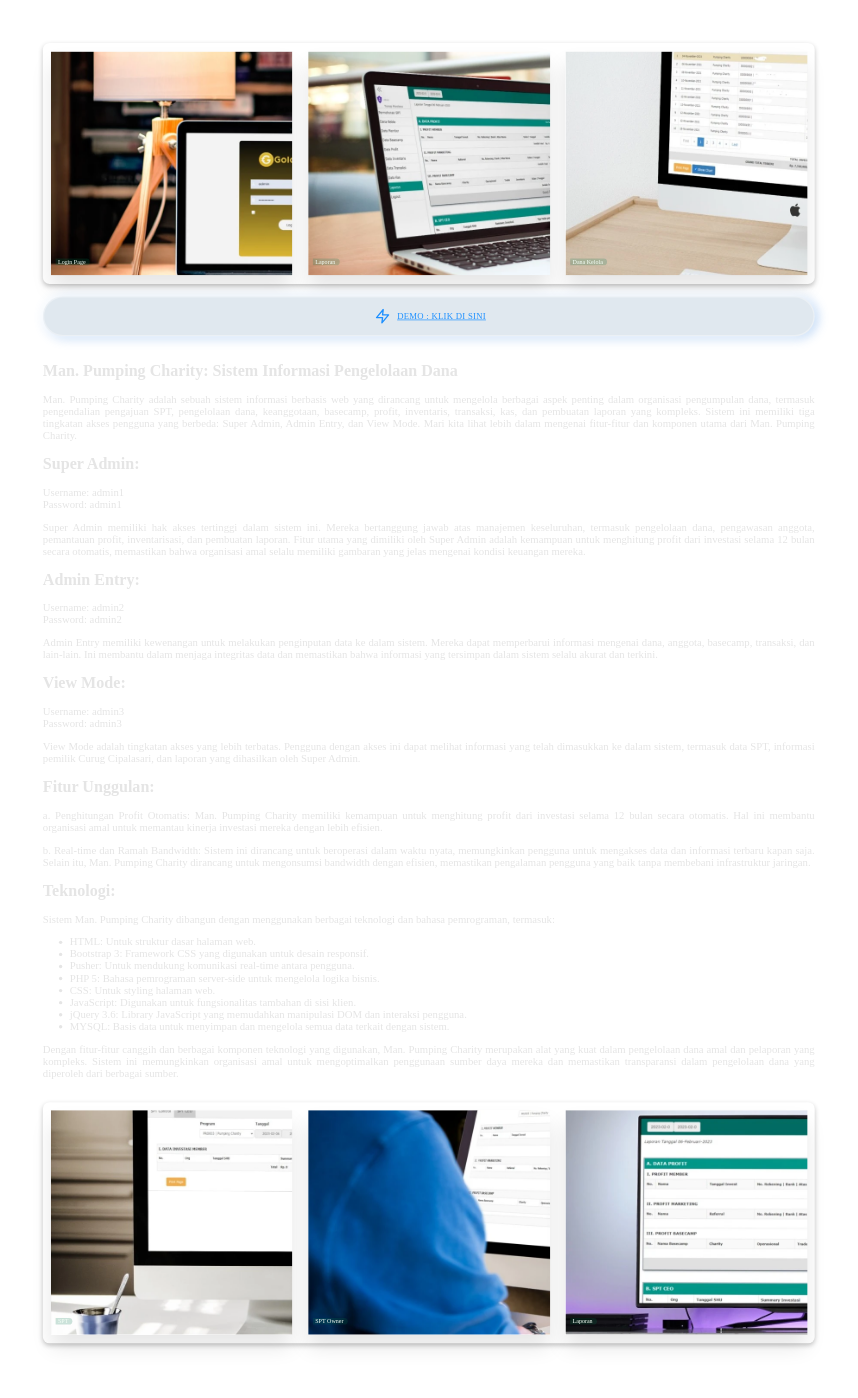
Repository: yusup-maulana/yusup-maulana.github.io
Page: portofolio-manpumping.html
These files come from the project's save history. The page is drawn as it stood at one moment and after a run of saves; the edit follows.
The browser window is 1280 px wide. The pictures show the whole page, at 67% of full size.
Some web fonts or font styles are not loaded; a fallback is used.

Above is the page before, as saved 2023-10-06 21:53:21.

### portofolio-manpumping.html
<style type="text/css">
  @import url("https://fonts.googleapis.com/css?family=Baloo+Chettan+2&display=swap");

  .body2::-webkit-scrollbar {
    width: 0.5em;
  }

  .body2::-webkit-scrollbar-track {
    box-shadow: inset 0 0 6px rgb(167 167 167 / 41%);
    background-color: #061e29;
  }

  .body2::-webkit-scrollbar-thumb {
    background-color: #00f1ffab;
  }

  .body2 {
    font-family: "Baloo Chettan 2";
    color: #e5e5e5;
    margin: 2%;
    text-align: justify;
    padding: 3%;
  }

  .body2 a {
    color: dodgerblue;
  }

  /* table wisata ...................*/
  .twisata {
  }

  .twisata tr {
    background: linear-gradient(90deg, #1193a1, transparent);
    color: white;
    font-weight: 900;
    border: 3px solid #ffffff;
  }

  .twisata tr td {
  }

  .twisata tr td span {
    background: #bdffda;
    font-weight: 900;
    padding: 1px 6px;
    border-radius: 5px;
    color: #08102b;
  }

  /* wisata-container ...................*/
  .container-wisata {
    box-shadow: rgb(0 0 0 / 24%) 0px 3px 8px;
    display: flex;
    width: 100%;
    padding: 1% 0%;
    box-sizing: border-box;
    height: 50vh;
    border-radius: 10px;
  }

  .boxwisata {
    flex: 1;
    overflow: hidden;
    transition: 0.5s;
    margin: 1px 1%;
    box-shadow: 0 20px 30px rgba(0, 0, 0, 0.1);
    line-height: 0;
  }

  .boxwisata > img {
    width: 200%;
    height: calc(100% - 10vh);
    object-fit: cover;
    transition: 0.5s;
    height: 100% !important;
  }

  .boxwisata > span {
    position: relative;
    left: 7px;
    font-size: xx-small;
    color: #f5fff7 !important;
    bottom: 20px;
    white-space: nowrap;
    background-color: rgb(1 118 74 / 20%);
    padding: 0 6px 0 4px;
    border-radius: 0 10px 10px 0;
  }

  .boxwisata:hover {
    flex: 1 1 50%;
  }

  .boxwisata:hover > img {
    width: 100%;
    height: 100%;
  }

  .btn-portofolio {
    display: flex;
    align-items: center;
    justify-content: center;
    gap: 10px;
    font-family: inherit;
    font-size: 13px;
    font-weight: 500;
    text-transform: uppercase;
    letter-spacing: 0.4px;
    color: #7e97b8;
    background-color: #e0e8ef;
    border-style: solid;
    border-width: 2px 2px 2px 2px;
    border-color: rgba(255, 255, 255, 0.333);
    border-radius: 40px 40px 40px 40px;
    padding: 16px 24px 16px 28px;
    transform: translate(0px, 0px) rotate(0deg);
    transition: 0.2s;
    box-shadow: -4px -2px 16px 0px #ffffff,
      4px 2px 16px 0px rgb(95 157 231 / 48%);
  }

  .btn-portofolio:hover {
    color: #516d91;
    background-color: #e5edf5;
    box-shadow: -2px -1px 8px 0px #ffffff, 2px 1px 8px 0px rgb(95 157 231 / 48%);
  }

  .btn-portofolio:active {
    box-shadow: none;
  }
</style>
<div class="container-wisata">
  <div class="boxwisata">
    <img alt="Curug Cipalasari" src="IMG/pumpingcharity/man.pumpingc1.webp" />
    <span>Login Page</span>
  </div>
  <div class="boxwisata">
    <img alt="Curug Cipalasari" src="IMG/pumpingcharity/man.pumpingc2.webp" />
    <span>Laporan</span>
  </div>
  <div class="boxwisata">
    <img alt="Curug Cipalasari" src="IMG/pumpingcharity/man.pumpingc3.webp" />
    <span>Dana Kelola</span>
  </div>
</div>
<br />

<body class="body2">
  <a
    class="btn-portofolio"
    target="_blank"
    href="https://maulana-project122.000webhostapp.com/"
  >
    <svg
      viewBox="0 0 24 24"
      width="24"
      height="24"
      stroke="currentColor"
      stroke-width="2"
      fill="none"
      stroke-linecap="round"
      stroke-linejoin="round"
      class="css-i6dzq1"
    >
      <polygon points="13 2 3 14 12 14 11 22 21 10 12 10 13 2"></polygon>
    </svg>
    Demo : Klik di sini </a
  ><br />
  <h2>Man. Pumping Charity: Sistem Informasi Pengelolaan Dana</h2>
  <p>
    Man. Pumping Charity adalah sebuah sistem informasi berbasis web yang
    dirancang untuk mengelola berbagai aspek penting dalam organisasi
    pengumpulan dana, termasuk pengendalian pengajuan SPT, pengelolaan dana,
    keanggotaan, basecamp, profit, inventaris, transaksi, kas, dan pembuatan
    laporan yang kompleks. Sistem ini memiliki tiga tingkatan akses pengguna
    yang berbeda: Super Admin, Admin Entry, dan View Mode. Mari kita lihat lebih
    dalam mengenai fitur-fitur dan komponen utama dari Man. Pumping Charity.
  </p>

  <h2>Super Admin:</h2>
  <p>Username: admin1<br />Password: admin1</p>
  <p>
    Super Admin memiliki hak akses tertinggi dalam sistem ini. Mereka
    bertanggung jawab atas manajemen keseluruhan, termasuk pengelolaan dana,
    pengawasan anggota, pemantauan profit, inventarisasi, dan pembuatan laporan.
    Fitur utama yang dimiliki oleh Super Admin adalah kemampuan untuk menghitung
    profit dari investasi selama 12 bulan secara otomatis, memastikan bahwa
    organisasi amal selalu memiliki gambaran yang jelas mengenai kondisi
    keuangan mereka.
  </p>

  <h2>Admin Entry:</h2>
  <p>Username: admin2<br />Password: admin2</p>
  <p>
    Admin Entry memiliki kewenangan untuk melakukan penginputan data ke dalam
    sistem. Mereka dapat memperbarui informasi mengenai dana, anggota, basecamp,
    transaksi, dan lain-lain. Ini membantu dalam menjaga integritas data dan
    memastikan bahwa informasi yang tersimpan dalam sistem selalu akurat dan
    terkini.
  </p>

  <h2>View Mode:</h2>
  <p>Username: admin3<br />Password: admin3</p>
  <p>
    View Mode adalah tingkatan akses yang lebih terbatas. Pengguna dengan akses
    ini dapat melihat informasi yang telah dimasukkan ke dalam sistem, termasuk
    data SPT, informasi pemilik Curug Cipalasari, dan laporan yang dihasilkan
    oleh Super Admin.
  </p>

  <h2>Fitur Unggulan:</h2>
  <p>
    a. Penghitungan Profit Otomatis: Man. Pumping Charity memiliki kemampuan
    untuk menghitung profit dari investasi selama 12 bulan secara otomatis. Hal
    ini membantu organisasi amal untuk memantau kinerja investasi mereka dengan
    lebih efisien.
  </p>
  <p>
    b. Real-time dan Ramah Bandwidth: Sistem ini dirancang untuk beroperasi
    dalam waktu nyata, memungkinkan pengguna untuk mengakses data dan informasi
    terbaru kapan saja. Selain itu, Man. Pumping Charity dirancang untuk
    mengonsumsi bandwidth dengan efisien, memastikan pengalaman pengguna yang
    baik tanpa membebani infrastruktur jaringan.
  </p>

  <h2>Teknologi:</h2>
  <p>
    Sistem Man. Pumping Charity dibangun dengan menggunakan berbagai teknologi
    dan bahasa pemrograman, termasuk:
  </p>
  <ul>
    <li>HTML: Untuk struktur dasar halaman web.</li>
    <li>Bootstrap 3: Framework CSS yang digunakan untuk desain responsif.</li>
    <li>Pusher: Untuk mendukung komunikasi real-time antara pengguna.</li>
    <li>
      PHP 5: Bahasa pemrograman server-side untuk mengelola logika bisnis.
    </li>
    <li>CSS: Untuk styling halaman web.</li>
    <li>JavaScript: Digunakan untuk fungsionalitas tambahan di sisi klien.</li>
    <li>
      jQuery 3.6: Library JavaScript yang memudahkan manipulasi DOM dan
      interaksi pengguna.
    </li>
    <li>
      MYSQL: Basis data untuk menyimpan dan mengelola semua data terkait dengan
      sistem.
    </li>
  </ul>

  <p>
    Dengan fitur-fitur canggih dan berbagai komponen teknologi yang digunakan,
    Man. Pumping Charity merupakan alat yang kuat dalam pengelolaan dana amal
    dan pelaporan yang kompleks. Sistem ini memungkinkan organisasi amal untuk
    mengoptimalkan penggunaan sumber daya mereka dan memastikan transparansi
    dalam pengelolaan dana yang diperoleh dari berbagai sumber.
  </p>

  <br />
  <div class="container-wisata">
    <div class="boxwisata">
      <img alt="Curug Cipalasari" src="IMG/pumpingcharity/man.pumpingc4.webp" />
      <span>SPT</span>
    </div>
    <div class="boxwisata">
      <img alt="Curug Cipalasari" src="IMG/pumpingcharity/man.pumpingc5.webp" />
      <span>SPT Owner</span>
    </div>
    <div class="boxwisata">
      <img alt="Curug Cipalasari" src="IMG/pumpingcharity/man.pumpingc6.webp" />
      <span>Laporan</span>
    </div>
  </div>
  <br />
</body>

After the next 2 saves:
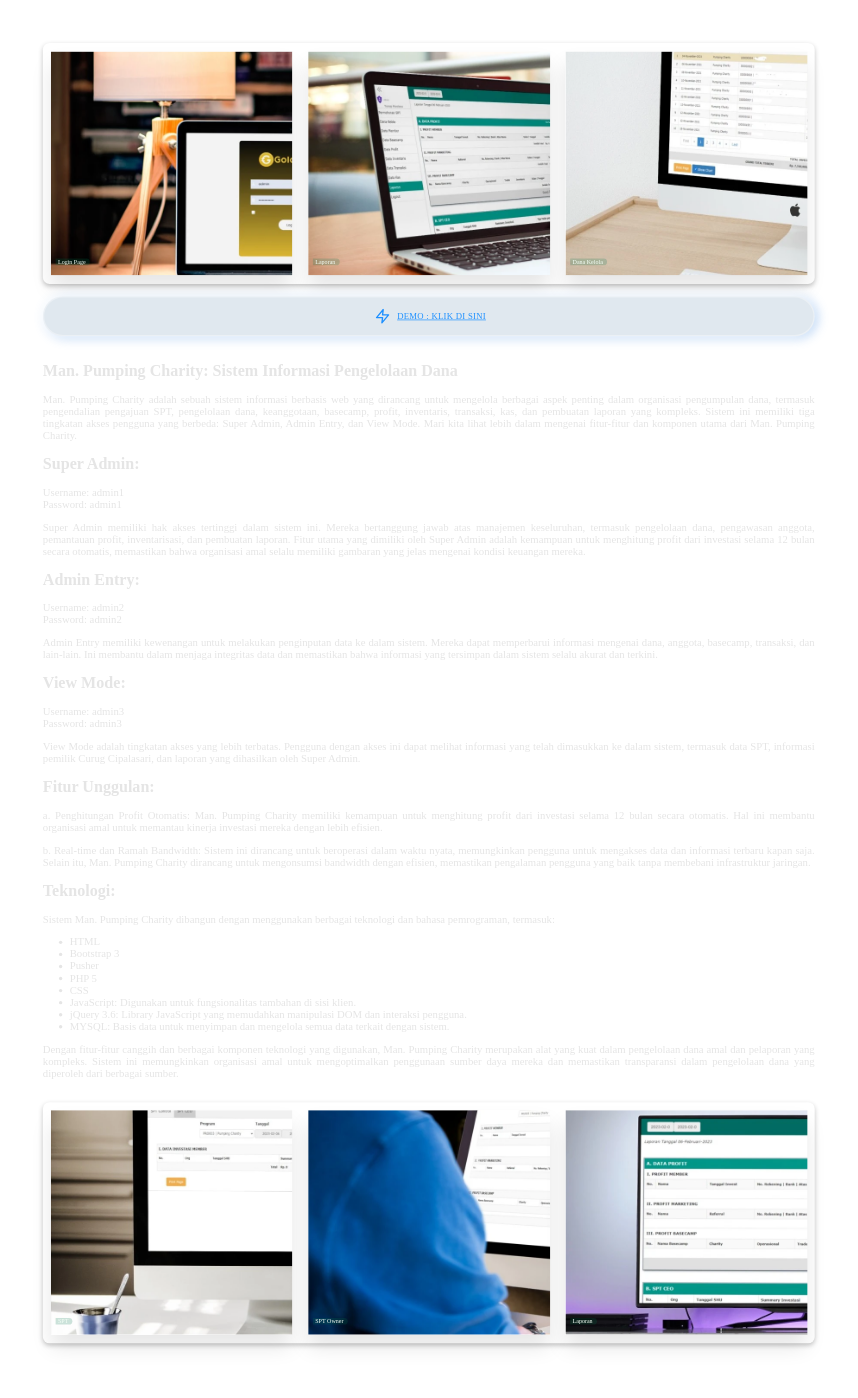
The 2 saves are shown as one change because they came seconds apart.
The last was saved 4 s later.
--- a/portofolio-manpumping.html
+++ b/portofolio-manpumping.html
@@ -230,13 +230,11 @@
     dan bahasa pemrograman, termasuk:
   </p>
   <ul>
-    <li>HTML: Untuk struktur dasar halaman web.</li>
-    <li>Bootstrap 3: Framework CSS yang digunakan untuk desain responsif.</li>
-    <li>Pusher: Untuk mendukung komunikasi real-time antara pengguna.</li>
-    <li>
-      PHP 5: Bahasa pemrograman server-side untuk mengelola logika bisnis.
-    </li>
-    <li>CSS: Untuk styling halaman web.</li>
+    <li>HTML</li>
+    <li>Bootstrap 3</li>
+    <li>Pusher</li>
+    <li>PHP 5</li>
+    <li>CSS</li>
     <li>JavaScript: Digunakan untuk fungsionalitas tambahan di sisi klien.</li>
     <li>
       jQuery 3.6: Library JavaScript yang memudahkan manipulasi DOM dan
